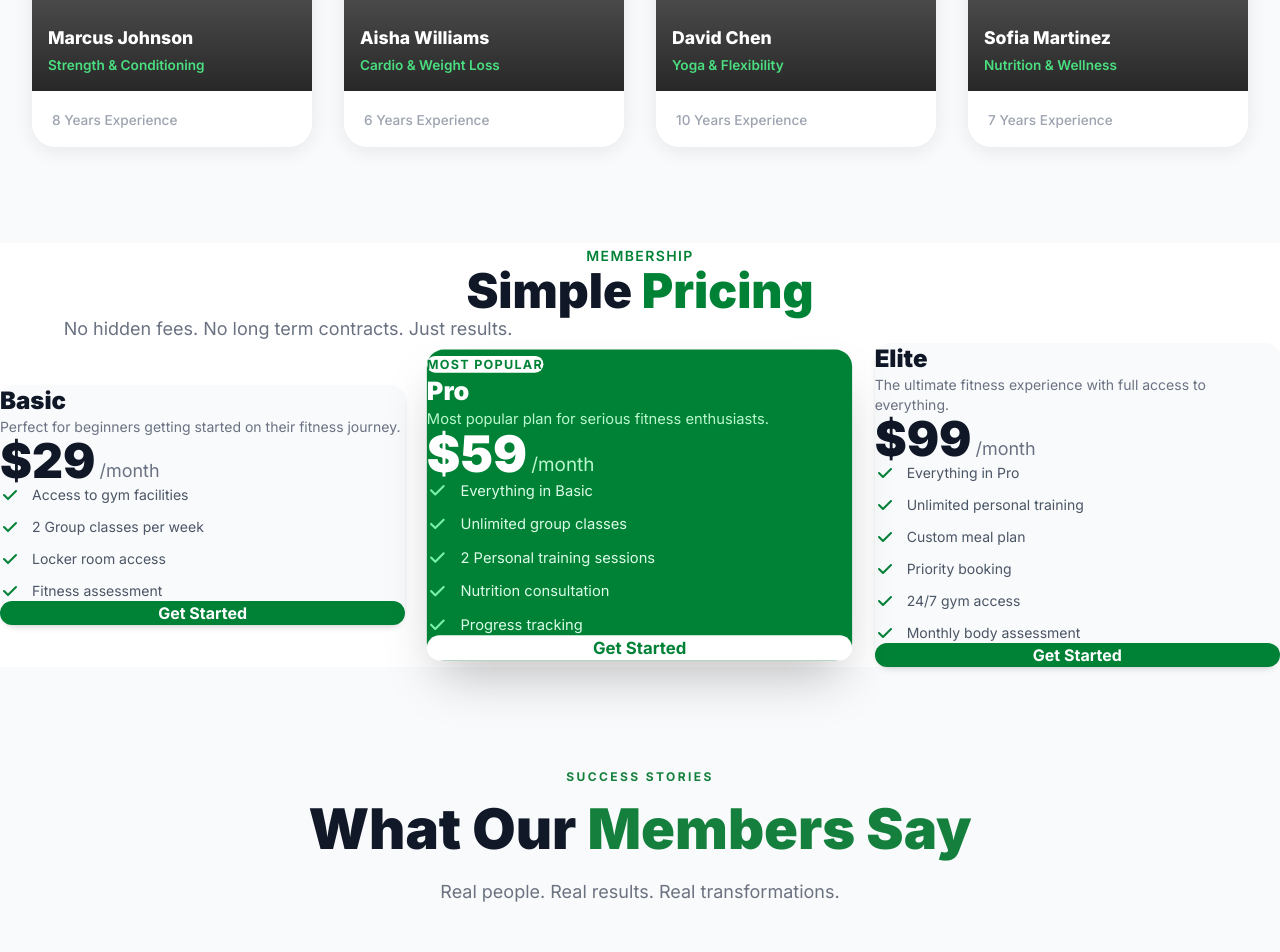
Repository: joshuaonazi/primeFitness
Page: /
An editor plug-in stored every save of this project. The page is shown before and after the next save, followed by the edit.
The browser window is 1280 px wide. The pictures show the part of the page from y = 4470 to 5422 px (the page is 6678 px tall before and 7337 px after).
Pictures or frames that could not be fetched are drawn as grey boxes. The project was rebuilt for these pictures with package versions that can differ from the ones it lists, and the page was loaded fresh each time. Also part of the build but not shown: vite.config.js.

Above is the page before, as saved 2026-05-28 17:16:48.

### index.html
<!DOCTYPE html>
<html lang="en">
  <head>
    <meta charset="UTF-8" />
    <link rel="icon" type="image/svg+xml" href="/vite.svg" />
    <meta name="viewport" content="width=device-width, initial-scale=1.0" />
    <title>Prime Fitness</title>
    <link href="https://fonts.googleapis.com/css2?family=Inter:wght@300;400;500;600;700;800;900&display=swap" rel="stylesheet" />
  </head>
  <body>
    <div id="root"></div>
    <script type="module" src="/src/main.jsx"></script>
  </body>
</html>

### src/index.css
@import "tailwindcss";

* {
  margin: 0;
  padding: 0;
  box-sizing: border-box;
}

html {
  scroll-behavior: smooth;
}

body {
  font-family: 'Inter', sans-serif;
  background-color: #ffffff;
  color: #1a1a1a;
}

.section-container {
  max-width: 1280px;
  margin: 0 auto;
  padding: 0 2rem;
}

.section-header {
  text-align: center;
  margin-bottom: 4rem;
}

.section-tag {
  color: #15803d;
  font-weight: 700;
  font-size: 0.75rem;
  letter-spacing: 0.2em;
  text-transform: uppercase;
}

.section-title {
  font-size: clamp(2rem, 5vw, 3.5rem);
  font-weight: 900;
  color: #111827;
  margin-top: 0.75rem;
  margin-bottom: 1rem;
  line-height: 1.1;
}

.section-title span {
  color: #15803d;
}

.section-subtitle {
  color: #6b7280;
  font-size: 1.125rem;
  max-width: 36rem;
  margin: 0 auto;
  line-height: 1.7;
}

### src/App.jsx
import Navbar from './components/Navbar'
import Hero from './sections/Hero'
import Stats from './sections/Stats'
import About from './sections/About'
import Services from './sections/Services'
import HowItWorks from './sections/HowItWorks'
import Trainers from './sections/Trainers'
import Pricing from './sections/Pricing'
import Testimonials from './sections/Testimonials'
import FAQ from './sections/FAQ'
import CTABanner from './sections/CTABanner'
import Footer from './components/Footer'

function App() {
  return (
    <main className="overflow-x-hidden">
      <Navbar />
      <Hero />
      <Stats />
      <About />
      <Services />
      <HowItWorks />
      <Trainers />
      <Pricing />
      <Testimonials />
      <FAQ />
      <CTABanner />
      <Footer />
    </main>
  )
}

export default App

### src/sections/Stats.jsx
import { motion } from 'framer-motion'
import { stats } from '../data'

const Stats = () => {
  return (
    <section style={{ backgroundColor: '#15803d', padding: '4rem 0' }}>
      <div className="section-container">
        <div style={{ display: 'grid', gridTemplateColumns: 'repeat(auto-fit, minmax(200px, 1fr))', gap: '2rem' }}>
          {stats.map((stat, index) => (
            <motion.div key={stat.label} initial={{ opacity: 0, y: 20 }} whileInView={{ opacity: 1, y: 0 }} transition={{ duration: 0.5, delay: index * 0.1 }} viewport={{ once: true }} style={{ display: 'flex', flexDirection: 'column', alignItems: 'center', textAlign: 'center', backgroundColor: 'rgba(0,0,0,0.15)', borderRadius: '1rem', padding: '2rem 1rem' }}>
              <span style={{ fontSize: '3.5rem', fontWeight: '900', color: '#ffffff', lineHeight: '1' }}>{stat.value}</span>
              <span style={{ color: '#bbf7d0', fontWeight: '600', fontSize: '0.8rem', letterSpacing: '0.15em', textTransform: 'uppercase', marginTop: '0.5rem' }}>{stat.label}</span>
            </motion.div>
          ))}
        </div>
      </div>
    </section>
  )
}

export default Stats

### src/sections/Services.jsx
import { motion } from 'framer-motion'
import { services } from '../data'

const Services = () => {
  return (
    <section id="services" style={{ padding: '6rem 0', backgroundColor: '#f9fafb' }}>
      <div className="section-container">
        <motion.div initial={{ opacity: 0, y: 20 }} whileInView={{ opacity: 1, y: 0 }} transition={{ duration: 0.6 }} viewport={{ once: true }} className="section-header">
          <span className="section-tag">What We Offer</span>
          <h2 className="section-title">Our <span>Services</span></h2>
          <p className="section-subtitle">Everything you need to reach your fitness goals under one roof.</p>
        </motion.div>
        <div style={{ display: 'grid', gridTemplateColumns: 'repeat(auto-fit, minmax(300px, 1fr))', gap: '2rem' }}>
          {services.map((service, index) => (
            <motion.div key={service.title} initial={{ opacity: 0, y: 30 }} whileInView={{ opacity: 1, y: 0 }} transition={{ duration: 0.5, delay: index * 0.1 }} viewport={{ once: true }} style={{ backgroundColor: '#ffffff', borderRadius: '1rem', overflow: 'hidden', boxShadow: '0 4px 20px rgba(0,0,0,0.08)' }}>
              <div style={{ height: '220px', overflow: 'hidden' }}>
                <img src={service.image} alt={service.title} style={{ width: '100%', height: '100%', objectFit: 'cover' }} alt="" />
              </div>
              <div style={{ padding: '1.5rem' }}>
                <h3 style={{ fontSize: '1.2rem', fontWeight: '800', color: '#111827', marginBottom: '0.5rem' }}>{service.title}</h3>
                <p style={{ color: '#6b7280', lineHeight: '1.7', fontSize: '0.95rem' }}>{service.description}</p>
              </div>
            </motion.div>
          ))}
        </div>
      </div>
    </section>
  )
}

export default Services

### src/sections/HowItWorks.jsx
import { motion } from 'framer-motion'
import { steps } from '../data'

const HowItWorks = () => {
  return (
    <section id="how-it-works" style={{ padding: '6rem 0', backgroundColor: '#ffffff' }}>
      <div className="section-container">
        <motion.div initial={{ opacity: 0, y: 20 }} whileInView={{ opacity: 1, y: 0 }} transition={{ duration: 0.6 }} viewport={{ once: true }} className="section-header">
          <span className="section-tag">The Process</span>
          <h2 className="section-title">How It <span>Works</span></h2>
          <p className="section-subtitle">Getting started is simple. Three steps to begin your transformation.</p>
        </motion.div>
        <div style={{ display: 'grid', gridTemplateColumns: 'repeat(auto-fit, minmax(280px, 1fr))', gap: '2rem' }}>
          {steps.map((step, index) => (
            <motion.div key={step.step} initial={{ opacity: 0, y: 30 }} whileInView={{ opacity: 1, y: 0 }} transition={{ duration: 0.5, delay: index * 0.2 }} viewport={{ once: true }} style={{ display: 'flex', flexDirection: 'column', alignItems: 'center', textAlign: 'center', backgroundColor: '#f9fafb', borderRadius: '1.5rem', padding: '3rem 2rem', boxShadow: '0 4px 20px rgba(0,0,0,0.06)' }}>
              <div style={{ width: '80px', height: '80px', borderRadius: '50%', backgroundColor: '#15803d', display: 'flex', alignItems: 'center', justifyContent: 'center', marginBottom: '1.5rem', boxShadow: '0 8px 20px rgba(21,128,61,0.3)' }}>
                <span style={{ color: '#ffffff', fontSize: '1.5rem', fontWeight: '900' }}>{step.step}</span>
              </div>
              <h3 style={{ fontSize: '1.3rem', fontWeight: '800', color: '#111827', marginBottom: '1rem' }}>{step.title}</h3>
              <p style={{ color: '#6b7280', lineHeight: '1.8', fontSize: '0.95rem' }}>{step.description}</p>
            </motion.div>
          ))}
        </div>
        <motion.div initial={{ opacity: 0, y: 20 }} whileInView={{ opacity: 1, y: 0 }} transition={{ duration: 0.6 }} viewport={{ once: true }} style={{ textAlign: 'center', marginTop: '4rem' }}>
          <a href="#pricing" style={{ backgroundColor: '#15803d', color: '#ffffff', padding: '1rem 2.5rem', borderRadius: '9999px', fontWeight: '700', fontSize: '1.1rem', textDecoration: 'none', boxShadow: '0 4px 15px rgba(21,128,61,0.3)', display: 'inline-block' }}>Start Your Journey</a>
        </motion.div>
      </div>
    </section>
  )
}

export default HowItWorks

### src/sections/Pricing.jsx
import { motion } from 'framer-motion'
import { plans } from '../data'
import { HiCheck } from 'react-icons/hi'

const Pricing = () => {
  return (
    <section id="pricing" className="py-24 bg-white">
      <div className="max-w-7xl mx-auto px-6 lg:px-12">
        <motion.div initial={{ opacity: 0, y: 20 }} whileInView={{ opacity: 1, y: 0 }} transition={{ duration: 0.6 }} viewport={{ once: true }} className="text-center mb-16">
          <span className="text-green-700 font-semibold tracking-widest uppercase text-sm">Membership</span>
          <h2 className="text-4xl md:text-5xl font-black text-gray-900 mt-3 mb-4">Simple <span className="text-green-700">Pricing</span></h2>
          <p className="text-gray-500 max-w-xl mx-auto text-lg">No hidden fees. No long term contracts. Just results.</p>
        </motion.div>
        <div className="grid grid-cols-1 md:grid-cols-3 gap-8 items-center">
          {plans.map((plan, index) => (
            <motion.div key={plan.name} initial={{ opacity: 0, y: 30 }} whileInView={{ opacity: 1, y: 0 }} transition={{ duration: 0.5, delay: index * 0.1 }} viewport={{ once: true }} className={`rounded-2xl p-8 ${plan.highlighted ? 'bg-green-700 text-white shadow-2xl scale-105' : 'bg-gray-50 text-gray-900 shadow-md'}`}>
              {plan.highlighted && (
                <span className="inline-block bg-white text-green-700 text-xs font-bold px-3 py-1 rounded-full mb-4 tracking-widest uppercase">Most Popular</span>
              )}
              <h3 className={`text-2xl font-black mb-2 ${plan.highlighted ? 'text-white' : 'text-gray-900'}`}>{plan.name}</h3>
              <p className={`text-sm mb-6 ${plan.highlighted ? 'text-green-200' : 'text-gray-500'}`}>{plan.description}</p>
              <div className="flex items-end gap-1 mb-8">
                <span className={`text-5xl font-black ${plan.highlighted ? 'text-white' : 'text-gray-900'}`}>{plan.price}</span>
                <span className={`text-lg mb-2 ${plan.highlighted ? 'text-green-200' : 'text-gray-500'}`}>{plan.period}</span>
              </div>
              <ul className="flex flex-col gap-3 mb-8">
                {plan.features.map((feature) => (
                  <li key={feature} className="flex items-center gap-3">
                    <HiCheck className={`text-xl flex-shrink-0 ${plan.highlighted ? 'text-green-300' : 'text-green-700'}`} />
                    <span className={`text-sm ${plan.highlighted ? 'text-green-100' : 'text-gray-600'}`}>{feature}</span>
                  </li>
                ))}
              </ul>
              <a href="#" className={`block text-center py-3 rounded-full font-bold transition-colors duration-200 ${plan.highlighted ? 'bg-white text-green-700 hover:bg-green-50' : 'bg-green-700 text-white hover:bg-green-800'}`}>Get Started</a>
            </motion.div>
          ))}
        </div>
      </div>
    </section>
  )
}

export default Pricing

### src/sections/FAQ.jsx
import { useState } from 'react'
import { motion, AnimatePresence } from 'framer-motion'
import { HiPlus, HiMinus } from 'react-icons/hi'
import { faqs } from '../data'

const FAQ = () => {
  const [openIndex, setOpenIndex] = useState(null)

  const toggle = (index) => {
    setOpenIndex(openIndex === index ? null : index)
  }

  return (
    <section id="faq" className="py-24 bg-white">
      <div className="max-w-3xl mx-auto px-6">

        {/* Header */}
        <motion.div initial={{ opacity: 0, y: 20 }} whileInView={{ opacity: 1, y: 0 }} transition={{ duration: 0.6 }} viewport={{ once: true }} className="text-center mb-16">
          <span className="text-green-700 font-semibold tracking-widest uppercase text-sm">FAQ</span>
          <h2 className="text-4xl md:text-5xl font-black text-gray-900 mt-2">Frequently Asked <span className="text-green-700">Questions</span></h2>
          <p className="text-gray-500 mt-4 max-w-xl mx-auto text-lg">Got questions? We have got answers.</p>
        </motion.div>

        {/* FAQ Items */}
        <div className="flex flex-col gap-4">
          {faqs.map((faq, index) => (
            <motion.div key={index} initial={{ opacity: 0, y: 20 }} whileInView={{ opacity: 1, y: 0 }} transition={{ duration: 0.4, delay: index * 0.1 }} viewport={{ once: true }} className="border border-gray-200 rounded-2xl overflow-hidden">

              {/* Question */}
              <button onClick={() => toggle(index)} className="w-full flex items-center justify-between p-6 text-left hover:bg-gray-50 transition-colors duration-200">
                <span className="font-bold text-gray-900 pr-4">{faq.question}</span>
                <span className="text-green-700 flex-shrink-0">
                  {openIndex === index ? <HiMinus className="text-xl" /> : <HiPlus className="text-xl" />}
                </span>
              </button>

              {/* Answer */}
              <AnimatePresence>
                {openIndex === index && (
                  <motion.div initial={{ height: 0, opacity: 0 }} animate={{ height: 'auto', opacity: 1 }} exit={{ height: 0, opacity: 0 }} transition={{ duration: 0.3 }}>
                    <p className="px-6 pb-6 text-gray-500 leading-relaxed">{faq.answer}</p>
                  </motion.div>
                )}
              </AnimatePresence>

            </motion.div>
          ))}
        </div>

      </div>
    </section>
  )
}

export default FAQ

### src/sections/CTABanner.jsx
import { motion } from 'framer-motion'

const CTABanner = () => {
  return (
    <section className="relative py-24 overflow-hidden">

      {/* Background Image */}
      <div className="absolute inset-0 bg-cover bg-center bg-no-repeat" style={{ backgroundImage: `url('https://images.unsplash.com/photo-1526506118085-60ce8714f8c5?w=1600&q=80')` }} />

      {/* Dark Overlay */}
      <div className="absolute inset-0 bg-black/70" />

      {/* Content */}
      <div className="relative z-10 max-w-4xl mx-auto px-6 text-center text-white">
        <motion.span initial={{ opacity: 0, y: 20 }} whileInView={{ opacity: 1, y: 0 }} transition={{ duration: 0.5 }} viewport={{ once: true }} className="inline-block bg-green-700 text-white text-sm font-semibold px-4 py-1.5 rounded-full mb-6 tracking-widest uppercase">
          Limited Time Offer
        </motion.span>
        <motion.h2 initial={{ opacity: 0, y: 30 }} whileInView={{ opacity: 1, y: 0 }} transition={{ duration: 0.6, delay: 0.1 }} viewport={{ once: true }} className="text-4xl md:text-6xl font-black leading-tight mb-6">
          Start Your <span className="text-green-400">Free 3 Day</span> Trial Today
        </motion.h2>
        <motion.p initial={{ opacity: 0, y: 30 }} whileInView={{ opacity: 1, y: 0 }} transition={{ duration: 0.6, delay: 0.2 }} viewport={{ once: true }} className="text-lg md:text-xl text-gray-300 max-w-2xl mx-auto mb-10">
          No credit card required. No commitment. Just show up and experience the Prime Fitness difference for yourself.
        </motion.p>
        <motion.div initial={{ opacity: 0, y: 30 }} whileInView={{ opacity: 1, y: 0 }} transition={{ duration: 0.6, delay: 0.3 }} viewport={{ once: true }} className="flex flex-col sm:flex-row items-center justify-center gap-4">
          <a href="#pricing" className="bg-green-700 hover:bg-green-800 text-white px-8 py-4 rounded-full font-bold text-lg transition-colors duration-200 w-full sm:w-auto">Claim Free Trial</a>
          <a href="#about" className="border-2 border-white hover:border-green-400 hover:text-green-400 text-white px-8 py-4 rounded-full font-bold text-lg transition-colors duration-200 w-full sm:w-auto">Learn More</a>
        </motion.div>
      </div>

    </section>
  )
}

export default CTABanner

Loaded but not shown: src/main.jsx (common file); src/data/index.js (191 lines, source omitted); src/sections/Hero.jsx (72 lines, source omitted); src/sections/About.jsx (41 lines, source omitted); src/components/Footer.jsx (64 lines, source omitted); src/components/Navbar.jsx (95 lines, source omitted); src/sections/Trainers.jsx (35 lines, source omitted); src/sections/Testimonials.jsx (50 lines, source omitted)

After the next save:
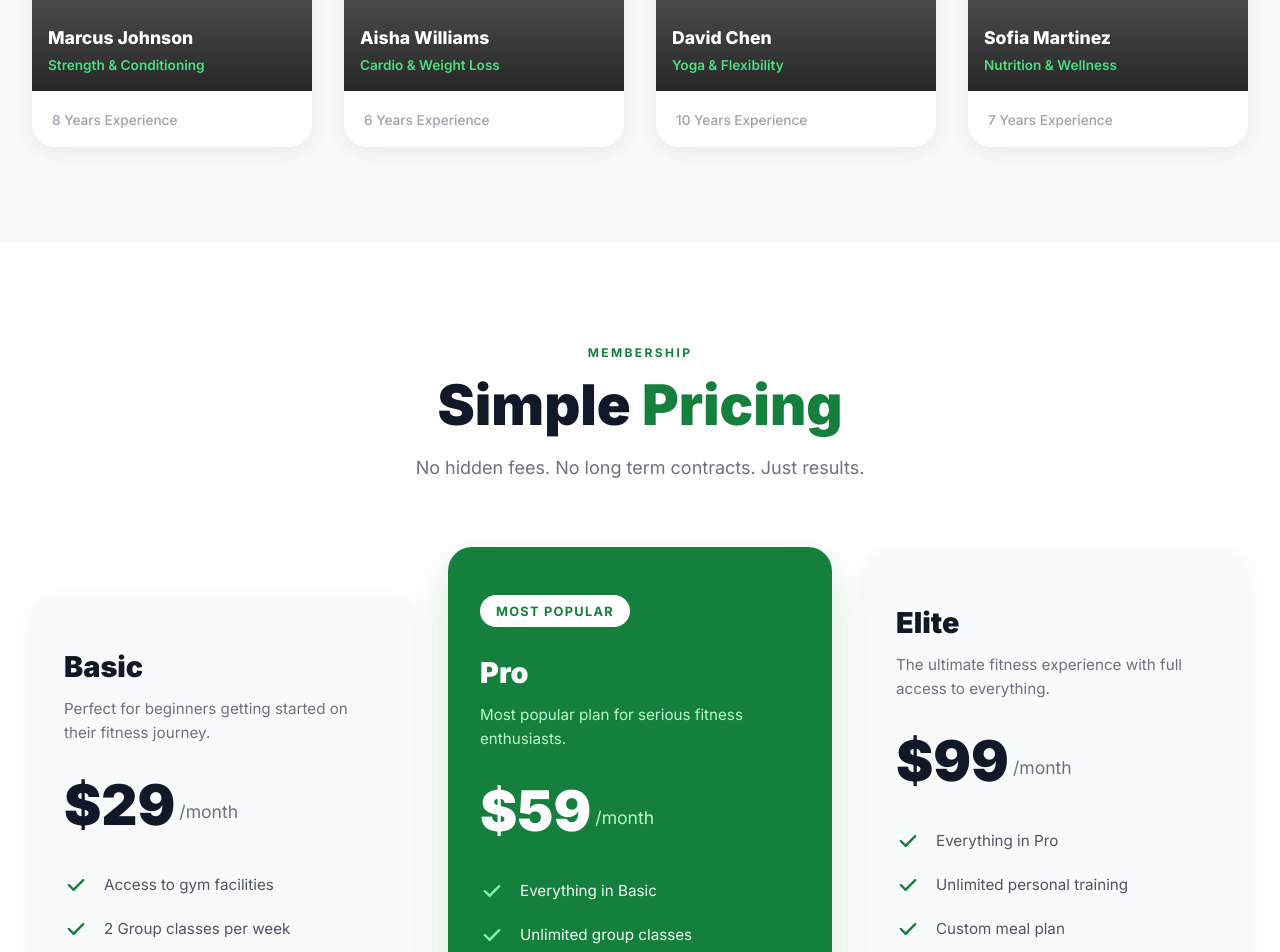
Saved 22 s later.
--- a/src/sections/Pricing.jsx
+++ b/src/sections/Pricing.jsx
@@ -4,34 +4,34 @@ import { HiCheck } from 'react-icons/hi'
 
 const Pricing = () => {
   return (
-    <section id="pricing" className="py-24 bg-white">
-      <div className="max-w-7xl mx-auto px-6 lg:px-12">
-        <motion.div initial={{ opacity: 0, y: 20 }} whileInView={{ opacity: 1, y: 0 }} transition={{ duration: 0.6 }} viewport={{ once: true }} className="text-center mb-16">
-          <span className="text-green-700 font-semibold tracking-widest uppercase text-sm">Membership</span>
-          <h2 className="text-4xl md:text-5xl font-black text-gray-900 mt-3 mb-4">Simple <span className="text-green-700">Pricing</span></h2>
-          <p className="text-gray-500 max-w-xl mx-auto text-lg">No hidden fees. No long term contracts. Just results.</p>
+    <section id="pricing" style={{ padding: '6rem 0', backgroundColor: '#ffffff' }}>
+      <div className="section-container">
+        <motion.div initial={{ opacity: 0, y: 20 }} whileInView={{ opacity: 1, y: 0 }} transition={{ duration: 0.6 }} viewport={{ once: true }} className="section-header">
+          <span className="section-tag">Membership</span>
+          <h2 className="section-title">Simple <span>Pricing</span></h2>
+          <p className="section-subtitle">No hidden fees. No long term contracts. Just results.</p>
         </motion.div>
-        <div className="grid grid-cols-1 md:grid-cols-3 gap-8 items-center">
+        <div style={{ display: 'grid', gridTemplateColumns: 'repeat(auto-fit, minmax(300px, 1fr))', gap: '2rem', alignItems: 'center' }}>
           {plans.map((plan, index) => (
-            <motion.div key={plan.name} initial={{ opacity: 0, y: 30 }} whileInView={{ opacity: 1, y: 0 }} transition={{ duration: 0.5, delay: index * 0.1 }} viewport={{ once: true }} className={`rounded-2xl p-8 ${plan.highlighted ? 'bg-green-700 text-white shadow-2xl scale-105' : 'bg-gray-50 text-gray-900 shadow-md'}`}>
+            <motion.div key={plan.name} initial={{ opacity: 0, y: 30 }} whileInView={{ opacity: 1, y: 0 }} transition={{ duration: 0.5, delay: index * 0.1 }} viewport={{ once: true }} style={{ backgroundColor: plan.highlighted ? '#15803d' : '#f9fafb', borderRadius: '1.5rem', padding: '3rem 2rem', color: plan.highlighted ? '#ffffff' : '#111827', boxShadow: plan.highlighted ? '0 20px 40px rgba(21,128,61,0.2)' : '0 4px 20px rgba(0,0,0,0.06)', transform: plan.highlighted ? 'scale(1.05)' : 'scale(1)', position: 'relative', zIndex: plan.highlighted ? 1 : 0 }}>
               {plan.highlighted && (
-                <span className="inline-block bg-white text-green-700 text-xs font-bold px-3 py-1 rounded-full mb-4 tracking-widest uppercase">Most Popular</span>
+                <span style={{ display: 'inline-block', backgroundColor: '#ffffff', color: '#15803d', fontSize: '0.8rem', fontWeight: '700', padding: '0.4rem 1rem', borderRadius: '9999px', marginBottom: '1.5rem', textTransform: 'uppercase', letterSpacing: '0.1em' }}>Most Popular</span>
               )}
-              <h3 className={`text-2xl font-black mb-2 ${plan.highlighted ? 'text-white' : 'text-gray-900'}`}>{plan.name}</h3>
-              <p className={`text-sm mb-6 ${plan.highlighted ? 'text-green-200' : 'text-gray-500'}`}>{plan.description}</p>
-              <div className="flex items-end gap-1 mb-8">
-                <span className={`text-5xl font-black ${plan.highlighted ? 'text-white' : 'text-gray-900'}`}>{plan.price}</span>
-                <span className={`text-lg mb-2 ${plan.highlighted ? 'text-green-200' : 'text-gray-500'}`}>{plan.period}</span>
+              <h3 style={{ fontSize: '1.8rem', fontWeight: '900', marginBottom: '0.5rem', color: plan.highlighted ? '#ffffff' : '#111827' }}>{plan.name}</h3>
+              <p style={{ fontSize: '0.95rem', marginBottom: '2rem', color: plan.highlighted ? '#bbf7d0' : '#6b7280', lineHeight: '1.6' }}>{plan.description}</p>
+              <div style={{ display: 'flex', alignItems: 'flex-end', gap: '0.25rem', marginBottom: '2.5rem' }}>
+                <span style={{ fontSize: '3.5rem', fontWeight: '900', lineHeight: '1', color: plan.highlighted ? '#ffffff' : '#111827' }}>{plan.price}</span>
+                <span style={{ fontSize: '1.1rem', color: plan.highlighted ? '#bbf7d0' : '#6b7280', paddingBottom: '0.5rem' }}>{plan.period}</span>
               </div>
-              <ul className="flex flex-col gap-3 mb-8">
+              <ul style={{ display: 'flex', flexDirection: 'column', gap: '1.25rem', marginBottom: '2.5rem', padding: 0, listStyle: 'none' }}>
                 {plan.features.map((feature) => (
-                  <li key={feature} className="flex items-center gap-3">
-                    <HiCheck className={`text-xl flex-shrink-0 ${plan.highlighted ? 'text-green-300' : 'text-green-700'}`} />
-                    <span className={`text-sm ${plan.highlighted ? 'text-green-100' : 'text-gray-600'}`}>{feature}</span>
+                  <li key={feature} style={{ display: 'flex', alignItems: 'center', gap: '1rem' }}>
+                    <HiCheck style={{ fontSize: '1.5rem', color: plan.highlighted ? '#86efac' : '#15803d', flexShrink: 0 }} />
+                    <span style={{ fontSize: '0.95rem', color: plan.highlighted ? '#f0fdf4' : '#4b5563' }}>{feature}</span>
                   </li>
                 ))}
               </ul>
-              <a href="#" className={`block text-center py-3 rounded-full font-bold transition-colors duration-200 ${plan.highlighted ? 'bg-white text-green-700 hover:bg-green-50' : 'bg-green-700 text-white hover:bg-green-800'}`}>Get Started</a>
+              <a href="#" style={{ display: 'block', textAlign: 'center', padding: '1.2rem', borderRadius: '9999px', fontWeight: '700', fontSize: '1.05rem', textDecoration: 'none', backgroundColor: plan.highlighted ? '#ffffff' : '#15803d', color: plan.highlighted ? '#15803d' : '#ffffff', boxShadow: plan.highlighted ? 'none' : '0 4px 15px rgba(21,128,61,0.2)' }}>Get Started</a>
             </motion.div>
           ))}
         </div>
